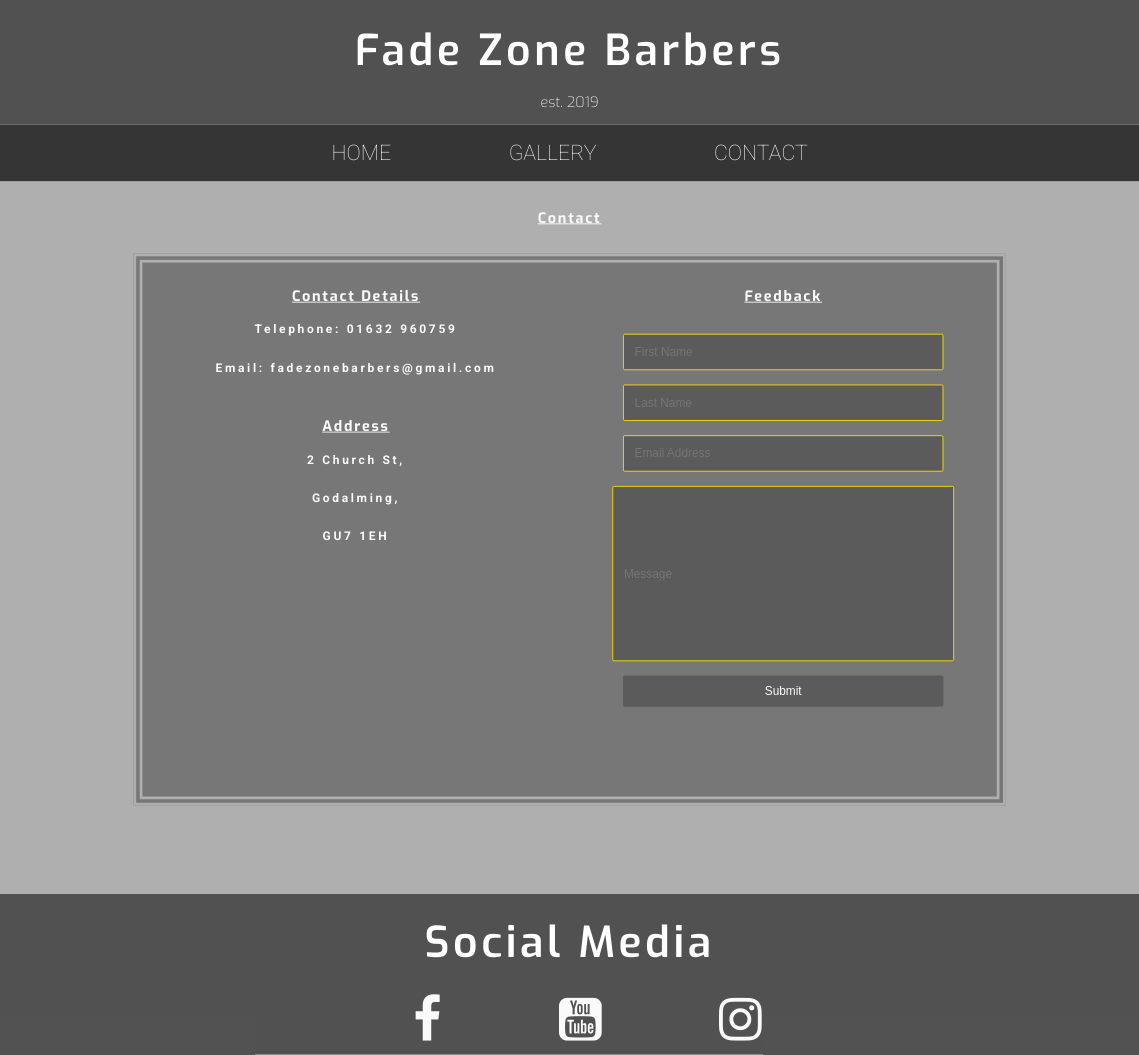
Repository: Boofy360/fade-zone-barbers
Page: contact.html
The author's editor kept a record of every edit. The page is drawn from the files as they stood at one moment, then again after the next edit.
The browser window is 1280 px wide. The pictures show the whole page, at 89% of full size.

Above is the page before.

After the next edit:
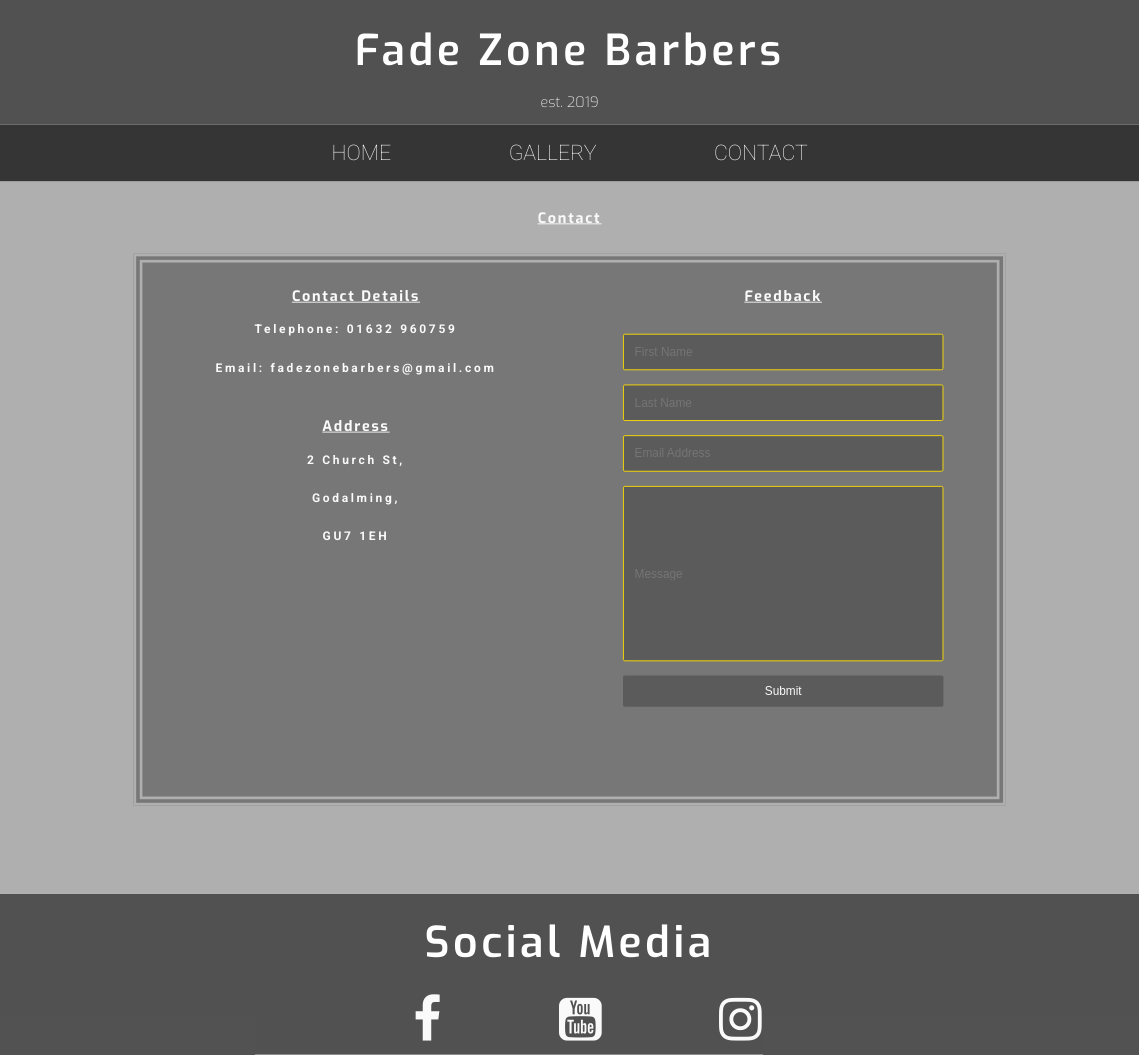
The edit:
--- a/assets/css/style.css
+++ b/assets/css/style.css
@@ -172,7 +172,7 @@
 
 #gallery {
     background-color: #afafaf;
-    clear:both;
+    clear: both;
     height: 100%;
     line-height: 0;
     column-count: 5;
@@ -190,7 +190,7 @@
     width: 100%;
     height: 800px;
     position: relative;
-    text-align:center;
+    text-align: center;
     font-size: 1.5vh;
     font-family: "Roboto", sans-serif;
     color: #fafafa;
@@ -249,8 +249,12 @@
 }
 
 input[name=message] {
-    width: 80%;
     padding: 90px 12px;
+}
+
+input:focus {
+    background-color: #fafafa;
+    color: black;
 }
 
 input[type=submit] {
